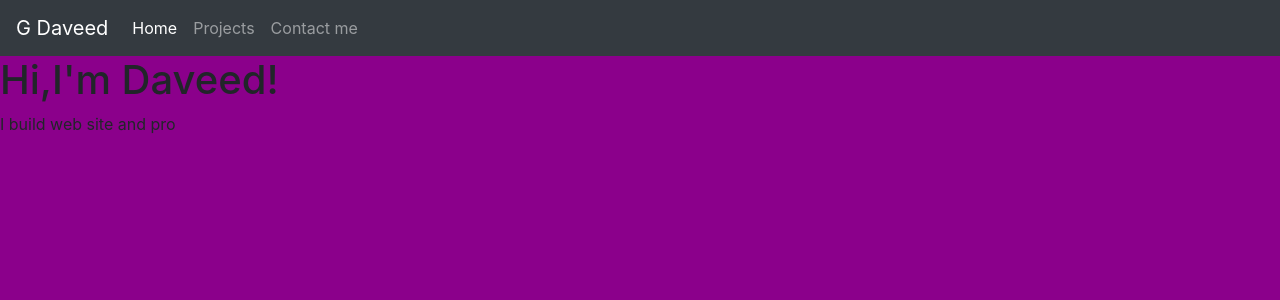
Repository: DaveedGangi/DaveedWebsite
Page: one.html
An editor plug-in stored every save of this project. The page is shown before and after the next save, followed by the edit.
The browser window is 1280 px wide. The pictures show the whole page.

Above is the page before, as saved 2023-09-25 12:07:13.

### one.html
<html>
    <head>
    <link rel="stylesheet" href="two.css"></link>
    <link rel="stylesheet" href="https://cdn.jsdelivr.net/npm/bootstrap@4.5.3/dist/css/bootstrap.min.css" integrity="sha384-TX8t27EcRE3e/ihU7zmQxVncDAy5uIKz4rEkgIXeMed4M0jlfIDPvg6uqKI2xXr2" crossorigin="anonymous">
    <script src="https://code.jquery.com/jquery-3.5.1.slim.min.js" integrity="sha384-DfXdz2htPH0lsSSs5nCTpuj/zy4C+OGpamoFVy38MVBnE+IbbVYUew+OrCXaRkfj" crossorigin="anonymous"></script>
    <script src="https://cdn.jsdelivr.net/npm/bootstrap@4.5.3/dist/js/bootstrap.bundle.min.js" integrity="sha384-ho+j7jyWK8fNQe+A12Hb8AhRq26LrZ/JpcUGGOn+Y7RsweNrtN/tE3MoK7ZeZDyx" crossorigin="anonymous"></script>



</head>

<body>
<div class="bgcontainer">
    <nav class="navbar navbar-expand-lg navbar-dark bg-dark">
        <a class="navbar-brand" href="#">G Daveed</a>
        <button class="navbar-toggler" type="button" data-toggle="collapse" data-target="#navbarNavAltMarkup" aria-controls="navbarNavAltMarkup" aria-expanded="false" aria-label="Toggle navigation">
          <span class="navbar-toggler-icon"></span>
        </button>
        <div class="collapse navbar-collapse" id="navbarNavAltMarkup">
          <div class="navbar-nav">
            <a class="nav-link active" href="#">Home <span class="sr-only">(current)</span></a>
            <a class="nav-link" href="#">Projects</a>
            <a class="nav-link" href="#">Contact me</a>

          </div>
        </div>
      </nav>


      <div class="mystory">
        <h1 class="hi">Hi,I'm Daveed!</h1>
        <p class="paragraph">I build web site and pro</p>
      </div>





    </div>

</body>
</html>

### two.css
.bgcontainer {
    background-color: darkmagenta;
    height:100vh;
    background-size:cover;

}

After the next save:
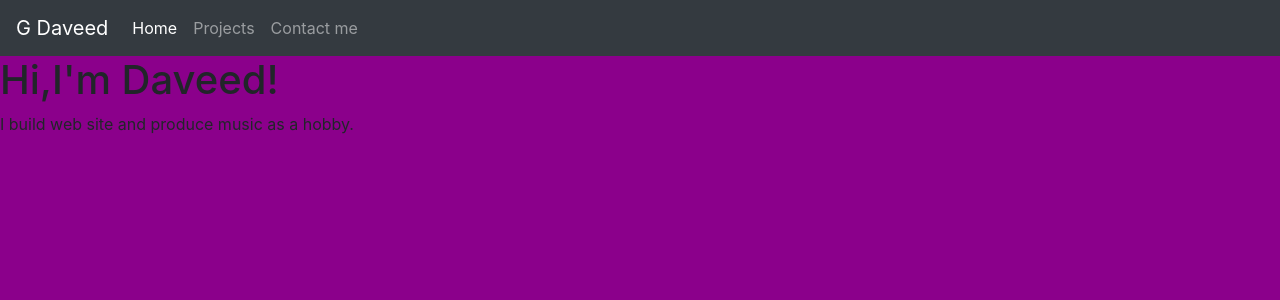
Saved 9 s later.
--- a/one.html
+++ b/one.html
@@ -29,7 +29,7 @@
 
       <div class="mystory">
         <h1 class="hi">Hi,I'm Daveed!</h1>
-        <p class="paragraph">I build web site and pro</p>
+        <p class="paragraph">I build web site and produce music as a hobby.</p>
       </div>
 
 
